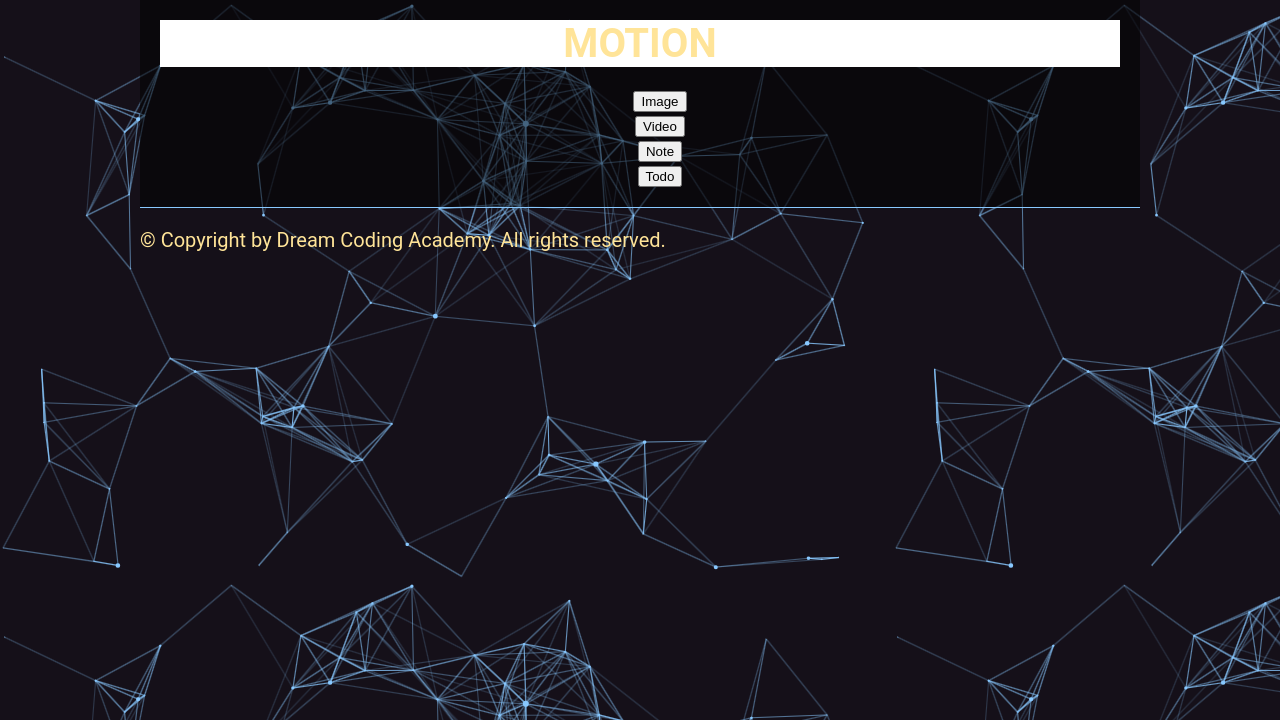
Repository: chefkuna/Motion
Page: index.html
These files come from the project's save history. The page is drawn as it stood at one moment and after the next save; the edit follows.
The browser window is 1280 px wide. The pictures show the whole page.

Above is the page before, as saved 2022-08-21 14:42:33.

After the next save:
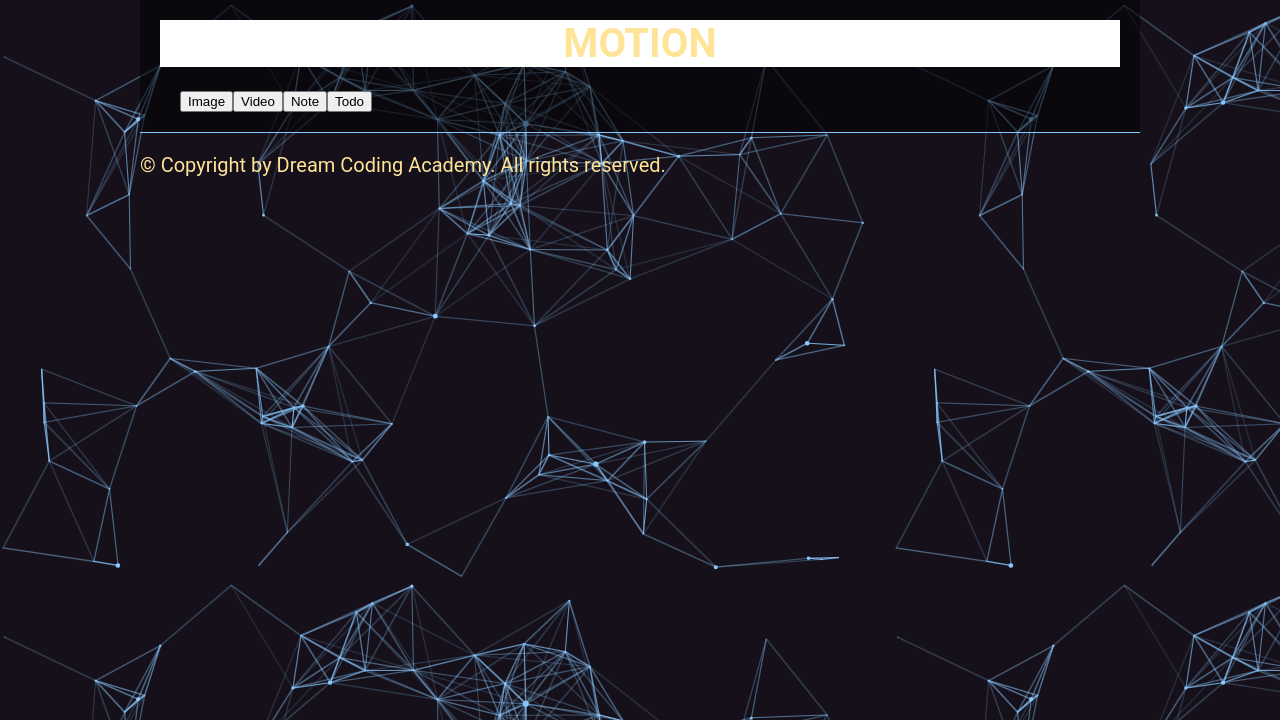
Saved 34 s later.
--- a/style/style.css
+++ b/style/style.css
@@ -55,3 +55,7 @@ body {
   margin: 20px;
   text-align: center;
 }
+
+.control-panel {
+  display: flex;
+}
